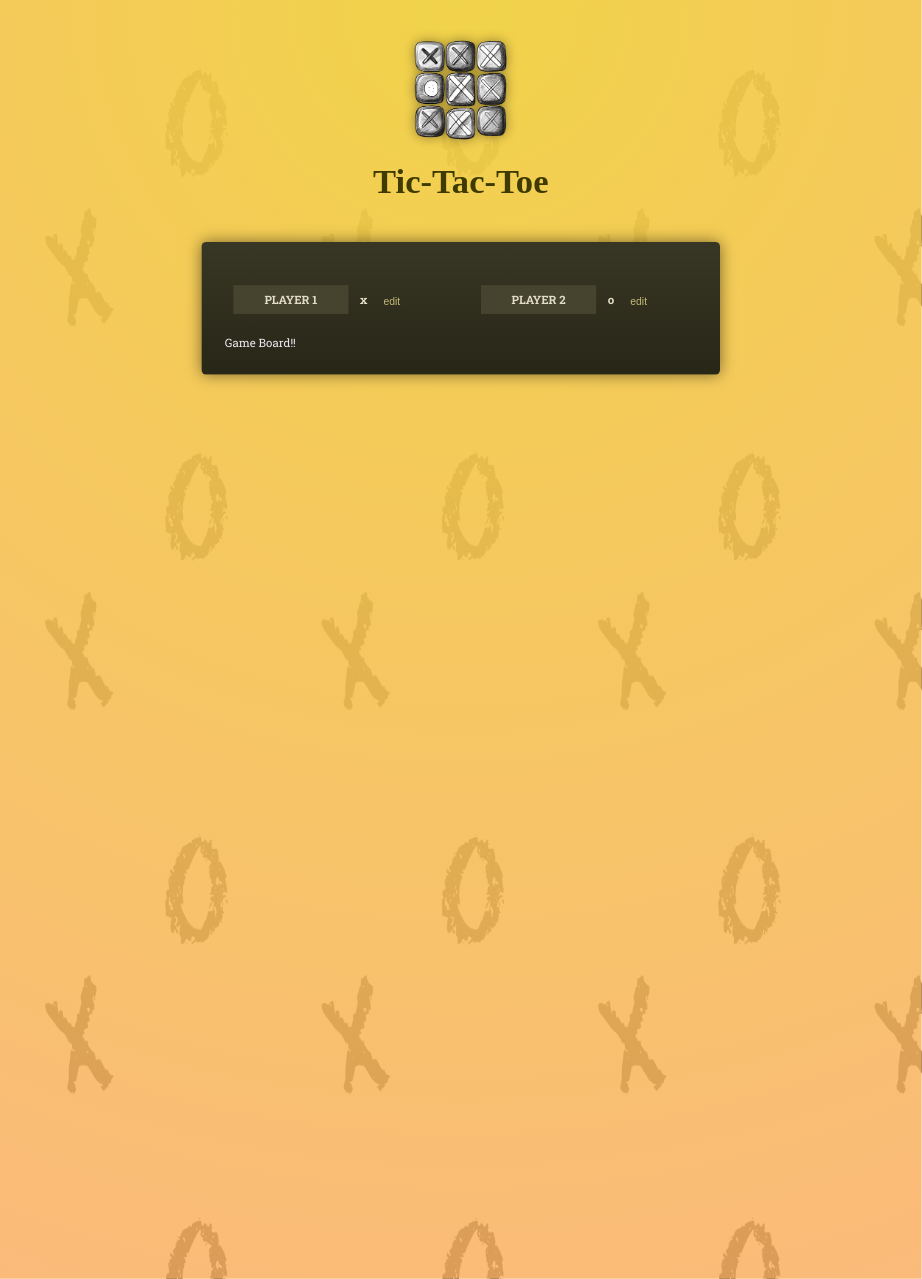
Repository: PrateekSahu9808/Tic_tac__toe_game
Page: /
These files come from the project's save history. The page is drawn as it stood at one moment and after a run of saves; the edit follows.
The browser window is 1280 px wide. The pictures show the whole page, at 72% of full size.
Some web fonts or font styles are not loaded; a fallback is used. The project was rebuilt for these pictures with package versions that can differ from the ones it lists, and the page was loaded fresh each time. Also part of the build but not shown: vite.config.js.

Above is the page before, as saved 2024-04-21 22:56:57.

### index.html
<!DOCTYPE html>
<html lang="en">
  <head>
    <meta charset="UTF-8" />
    <link rel="icon" type="image/svg+xml" href="/vite.svg" />
    <meta name="viewport" content="width=device-width, initial-scale=1.0" />
    <title>Vite + React</title>
  </head>
  <body>
    <header>
      <img src="game-logo.png" alt="tick" />
      <h1>Tic-Tac-Toe</h1>
    </header>
    <div id="root"></div>
    <script type="module" src="/src/main.jsx"></script>
  </body>
</html>

### src/App.jsx
import Player from "./Components/Player";

function App() {
  return (
    <main>
      <div id="game-container">
        <ol id="players">
          <Player initialName="Player 1" symbol="x" />
          <Player initialName="Player 2" symbol="o" />
        </ol>
        Game Board!!
      </div>
    </main>
  );
}

export default App;

### src/Components/Player.jsx
import { useState } from "react";

const Player = ({ initialName, symbol }) => {
  const [playerName, setPlayerName] = useState(initialName);
  const [isEditing, setIsEditing] = useState(false);

  const handleEditClick = () => {
    // setIsEditing(isEditing? false:true)
    // setIsEditing(!isEditing );
    setIsEditing(editing => !editing);
  };
  const handleChange = event => {
    setPlayerName(event.target.value);
  };

  return (
    <li>
      <span className="player">
        {isEditing ? (
          <span className="player-name">{playerName}</span>
        ) : (
          <input
            type="text"
            required
            value={playerName}
            onChange={handleChange}
          />
        )}
        <span className="player-symbol">{symbol}</span>
      </span>
      <button onClick={handleEditClick}>{isEditing ? "save" : "edit"}</button>
    </li>
  );
};

export default Player;

### src/Components/GameBoard.jsx
import React from "react";
const initialGameBoard = [
  [null, null, null],
  [null, null, null],
  [null, null, null],
];

const GameBoard = () => {
  return (
    <ol id="game-board">
      {initialGameBoard.map((row, index) => (
        <li key={index}>
          <ol>
            {row.map((playerSymbol, index) => (
              <li key={index}>
                <button>{playerSymbol}</button>
              </li>
            ))}
          </ol>
        </li>
      ))}
    </ol>
  );
};

export default GameBoard;

Loaded but not shown: src/main.jsx (common file); src/index.css (common file)

After the next 4 saves:
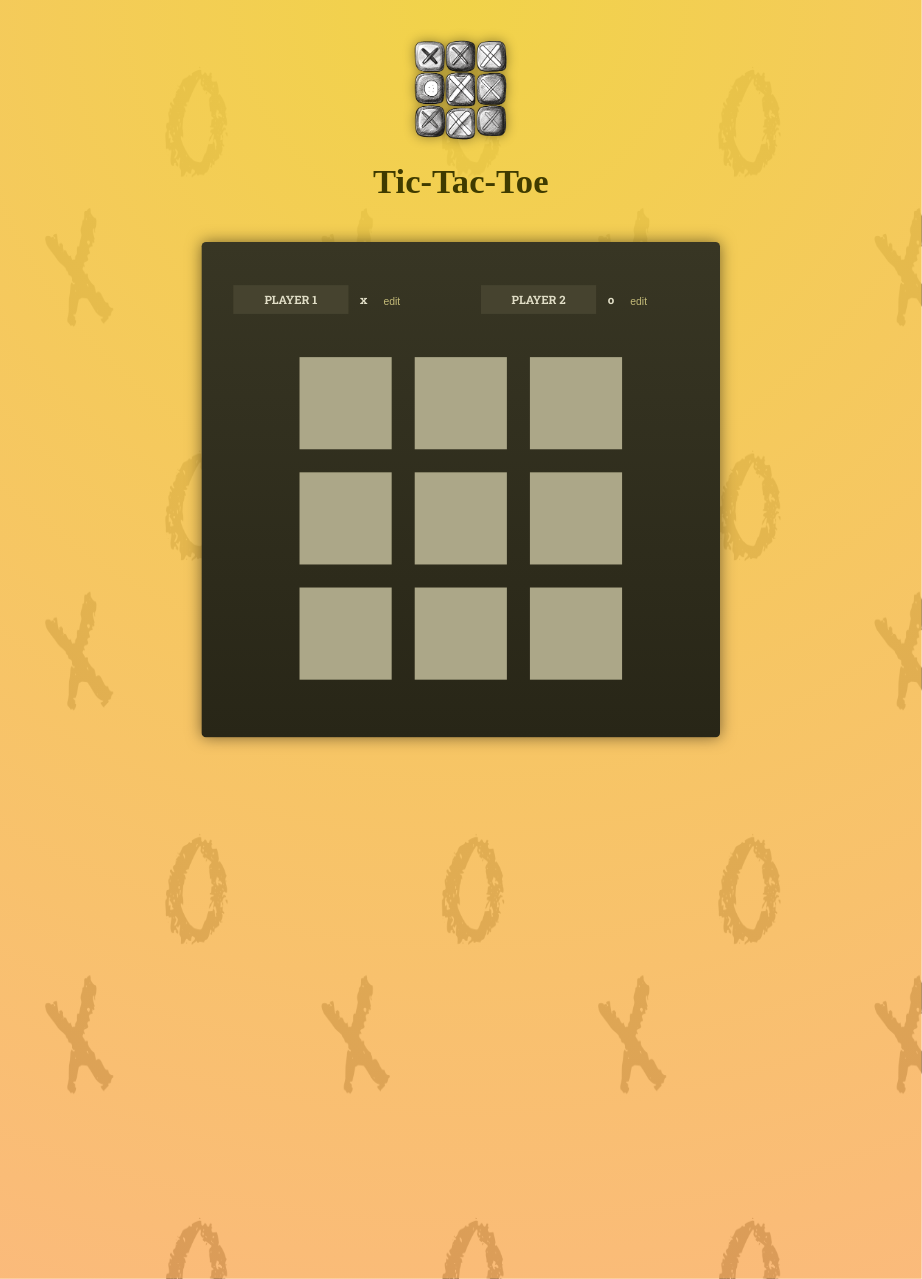
The 4 saves are shown as one change because 1 did not build or start and some came seconds apart.
The last was saved 43 s later.
--- a/src/App.jsx
+++ b/src/App.jsx
@@ -1,3 +1,4 @@
+import GameBoard from "./Components/GameBoard";
 import Player from "./Components/Player";
 
 function App() {
@@ -8,7 +9,7 @@
           <Player initialName="Player 1" symbol="x" />
           <Player initialName="Player 2" symbol="o" />
         </ol>
-        Game Board!!
+        <GameBoard/>
       </div>
     </main>
   );
